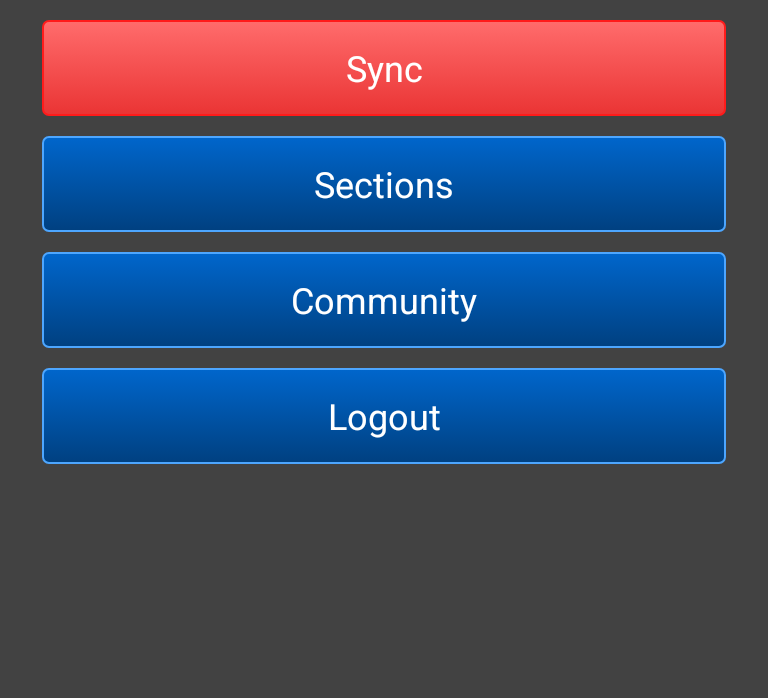
Repository: prabushitha/hydrosaver
Layout: hydrosaver/res/layout/activity_home.xml
An editor plug-in stored every save of this project. The layout is shown before and after the next save, followed by the edit.
The pictures show rows 582 to 1280 of an output 1280 px tall.
It is drawn on a 768 x 1280 px phone screen (xhdpi) without system bars, with theme AppTheme; the app's code is not run.

Above is the layout before, as saved 2016-10-08 13:16:02.

### hydrosaver/res/layout/activity_home.xml
<RelativeLayout xmlns:android="http://schemas.android.com/apk/res/android"
    xmlns:tools="http://schemas.android.com/tools"
    android:layout_width="match_parent"
    android:layout_height="match_parent"
    android:paddingBottom="@dimen/activity_vertical_margin"
    android:paddingLeft="@dimen/activity_horizontal_margin"
    android:paddingRight="@dimen/activity_horizontal_margin"
    android:paddingTop="@dimen/activity_vertical_margin"
    tools:context="com.whileloop.hydrosaver.HomeActivity"
    android:background="#424242" >
	<ScrollView
        android:id="@+id/scrollView1"
        android:layout_width="fill_parent"
        android:layout_height="fill_parent"
        >
	    <TableLayout
		    android:layout_width="fill_parent"
		    android:layout_height="fill_parent"
		    android:stretchColumns="*">
		     <TableRow
	            android:id="@+id/tableRow2"
	            android:layout_width="wrap_content"
	            android:gravity="center"
	            android:layout_height="0dp"
	            android:layout_weight="5"
	            android:minHeight="550px" >

			    <com.github.mikephil.charting.charts.PieChart
					android:layout_width="match_parent"
					android:layout_height="match_parent"
					android:id="@+id/graphMainPie">

				</com.github.mikephil.charting.charts.PieChart>

	        </TableRow>


		     <TableRow
	            android:id="@+id/tableRow6"
	            android:layout_width="match_parent"
	            android:layout_height="0dp"
	            android:layout_weight="1"  >

	            <Button
	                android:id="@+id/btnsync"
	                android:layout_marginTop="20px"
	                android:layout_marginLeft="10px"
	                android:layout_marginRight="10px"
	                android:padding="10dp"
	                android:layout_width="fill_parent"
	                android:layout_height="match_parent"
	                android:background="@drawable/syncbutton"
	                android:text="Sync"
	                android:layout_weight="1"
	                android:textColor="#ffffff"
	                />
	        </TableRow>

	        <TableRow
	            android:id="@+id/tableRow4"
	            android:layout_width="match_parent"
	            android:layout_height="0dp"
	            android:layout_weight="1" >

	            <Button
	                android:id="@+id/btnsections"
	                android:layout_marginTop="20px"
	                android:layout_marginLeft="10px"
	                android:layout_marginRight="10px"
	                android:padding="10dp"
	                android:layout_width="fill_parent"
	                android:layout_height="match_parent"
	                android:background="@drawable/mybutton"
	                android:text="Sections"
	                android:layout_weight="1"
	                android:textColor="#ffffff"

	                />
	        </TableRow>

	        <TableRow
	            android:id="@+id/tableRow5"
	            android:layout_width="match_parent"
	            android:layout_height="0dp"
	            android:layout_weight="1"  >

	            <Button
	                android:id="@+id/btncommunity"
	                android:layout_marginTop="20px"
	                android:layout_marginLeft="10px"
	                android:layout_marginRight="10px"
	                android:padding="10dp"
	                android:layout_width="fill_parent"
	                android:layout_height="match_parent"
	                android:background="@drawable/mybutton"
	                android:text="Community"
	                android:layout_weight="1"
	                android:textColor="#ffffff"
	                />
	        </TableRow>


		    <TableRow
		        android:layout_width="match_parent"
	            android:layout_height="0dp"
	            android:layout_weight="1"
		        >
		        <!-- Login button -->

		        <Button
	                android:id="@+id/btnLogout"
	                android:layout_marginTop="20px"
	                android:layout_marginLeft="10px"
	                android:layout_marginRight="10px"
	                android:padding="10dp"
	                android:layout_width="fill_parent"
	                android:layout_height="match_parent"
	                android:background="@drawable/mybutton"
	                android:text="Logout"
	                android:layout_weight="1"
	                android:textColor="#ffffff"
	                />
		        </TableRow>


		</TableLayout>
	</ScrollView>

</RelativeLayout>

### hydrosaver/res/drawable-mdpi/syncbutton.xml
<?xml version="1.0" encoding="utf-8"?>
<selector xmlns:android="http://schemas.android.com/apk/res/android" >
 <item android:state_pressed="true" >
     <shape android:shape="rectangle"  >
         <corners android:radius="3dip" />
         <stroke android:width="1dip" android:color="#ff1b1b" />
         <gradient android:angle="-90" android:startColor="#ea3434" android:endColor="#ff6c6c"  />
     </shape>
 </item>
<item android:state_focused="true">
     <shape android:shape="rectangle"  >
         <corners android:radius="3dip" />
         <stroke android:width="1dip" android:color="#ff6c6c" />
         <solid android:color="#ea3434"/>
     </shape>
 </item>
<item >
    <shape android:shape="rectangle"  >
         <corners android:radius="3dip" />
         <stroke android:width="1dip" android:color="#ff1b1b" />
         <gradient android:angle="-90" android:startColor="#ff6c6c" android:endColor="#ea3434" />
     </shape>
 </item>
</selector>

### hydrosaver/res/drawable-mdpi/mybutton.xml
<?xml version="1.0" encoding="utf-8"?>
<selector xmlns:android="http://schemas.android.com/apk/res/android" >
 <item android:state_pressed="true" >
     <shape android:shape="rectangle"  >
         <corners android:radius="3dip" />
         <stroke android:width="1dip" android:color="#4da6ff" />
         <gradient android:angle="-90" android:startColor="#0066cc" android:endColor="#004080"  />
     </shape>
 </item>
<item android:state_focused="true">
     <shape android:shape="rectangle"  >
         <corners android:radius="3dip" />
         <stroke android:width="1dip" android:color="#0066cc" />
         <solid android:color="#4da6ff"/>
     </shape>
 </item>
<item >
    <shape android:shape="rectangle"  >
         <corners android:radius="3dip" />
         <stroke android:width="1dip" android:color="#4da6ff" />
         <gradient android:angle="-90" android:startColor="#0066cc" android:endColor="#004080" />
     </shape>
 </item>
</selector>

Loaded but not shown: hydrosaver/res/values/styles.xml (common file); hydrosaver/res/values-v11/styles.xml (common file); hydrosaver/res/values-v14/styles.xml (common file); hydrosaver/res/values/dimens.xml (common file); hydrosaver/res/values-w820dp/dimens.xml (common file)

After the next save:
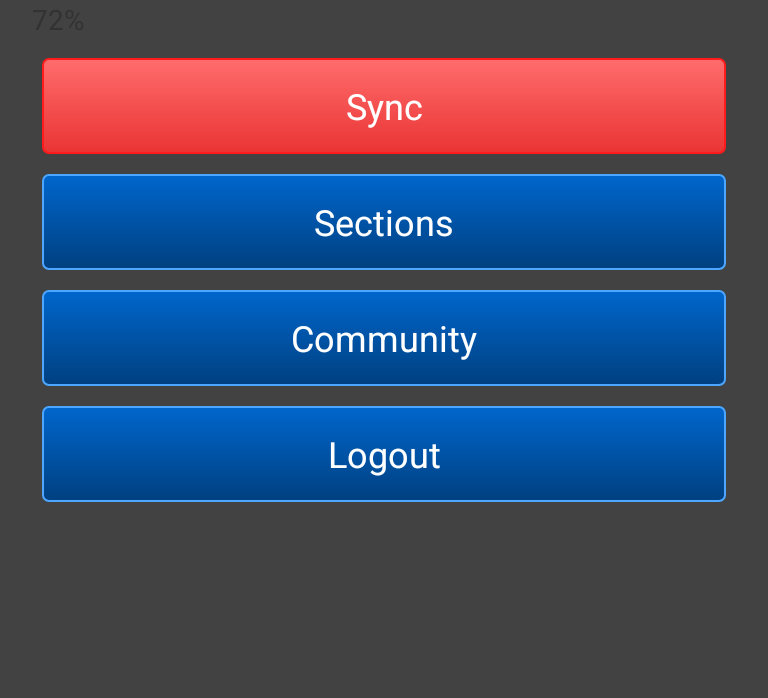
Saved 102 s later.
--- a/hydrosaver/res/layout/activity_home.xml
+++ b/hydrosaver/res/layout/activity_home.xml
@@ -34,7 +34,16 @@
 
 	        </TableRow>
 
-
+		     <TableRow
+	            android:id="@+id/tableRow6"
+	            android:layout_width="match_parent"
+	            android:layout_height="0dp"
+	            android:layout_weight="1"  >
+			    <TextView
+			        android:id="@+id/mainUnitsText"
+			        android:text="72%"
+			        />
+		     </TableRow>
 		     <TableRow
 	            android:id="@+id/tableRow6"
 	            android:layout_width="match_parent"
